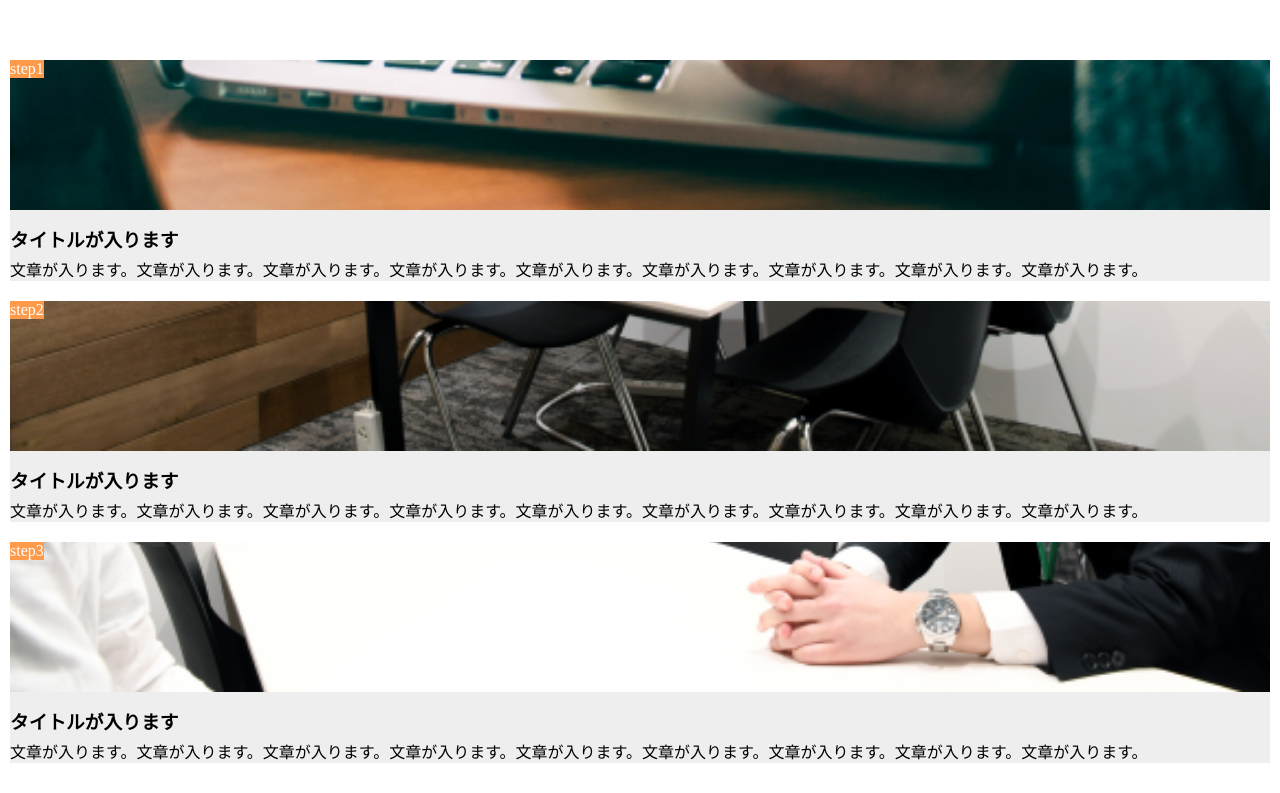
Repository: tttstk518/git-practice
Page: test/chapter9_answer/index.html
The author's editor kept a record of every edit. The page is drawn from the files as they stood at one moment, then again after the next edit.
The browser window is 1280 px wide. The pictures show the whole page.

Above is the page before.

### test/chapter9_answer/index.html
<!DOCTYPE html>
<html lang="ja">
  <head>
    <meta charset="UTF-8" />
    <title>9章演習</title>

    <!-- ビューポートの設定　-->
    <meta name="viewport" content="width=device-width,initial-scale=1">
    <!--　スタイルシートの読み込み　-->
    <link rel="stylesheet" href="style.css" />
  </head>

  <body>

    <div class="header"></div>

    <main>

      <div class="step-box">
        <div class="step-img1"></div>
        <span class="step-num">step1</span>
        <h3 class="title">タイトルが入ります</h3>
        <p class="text">
          文章が入ります。文章が入ります。文章が入ります。文章が入ります。文章が入ります。文章が入ります。文章が入ります。文章が入ります。文章が入ります。
        </p>
        </div>
      </div>


      <div class="step-box">
        <div class="step-img2"></div>
        <span class="step-num">step2</span>
        <h3 class="title">タイトルが入ります</h3>
        <p class="text">
          文章が入ります。文章が入ります。文章が入ります。文章が入ります。文章が入ります。文章が入ります。文章が入ります。文章が入ります。文章が入ります。
        </p>
      </div>

      <div class="step-box">
        <div class="step-img3"></div>
        <span class="step-num">step3</span>
        <h3 class="title">タイトルが入ります</h3>
        <p class="text">
          文章が入ります。文章が入ります。文章が入ります。文章が入ります。文章が入ります。文章が入ります。文章が入ります。文章が入ります。文章が入ります。
        </p>
      </div>
    </main>

    <div class="footer"></div>
  </body>
</html>

### test/chapter9_answer/style.css
* {
  box-sizing: border-box;
  margin: 0;
  padding: 0;
}

header {
  height: 50px;
  padding: 0;
  background-color: #ff9a4b;
}

main {
  width: 100%;
  margin-top: 50px;
  padding: 10px;
  display: flex;
  flex-direction:column;
}

.step-box {
  width: 100%;
  margin-bottom: 20px;
  position: relative;
  background-color: #eee;
}

.step-box:last-child {
  margin-bottom: 20px;
}

.step-img1 {
  height: 150px;
  background-image: url(img/flow01.png);
  background-position: bottom;
  background-size: cover;
}

.step-img2 {
  height: 150px;
  background-image: url(img/flow02.png);
  background-position: bottom;
  background-size: cover;
}

.step-img3 {
  height: 150px;
  background-image: url(img/flow03.png);
  background-position: bottom;
  background-size: cover;
}

.step-num {
  position: absolute;
  top: 0;
  left: 0;
  background-color: #ff9a4b;
  color: #fff;
}

.title {
  margin: 15px 0 5px;
}

footer {
  height: 50px;
  margin-top: 50px;
  background-color: #aaa;
}

@media screen and (max-width: 768px) {

  header {
    width: 100%;
  }

  main {
    width: 100%;
  }

  footer {
    width: 100%;
  }
}

After the next edit:
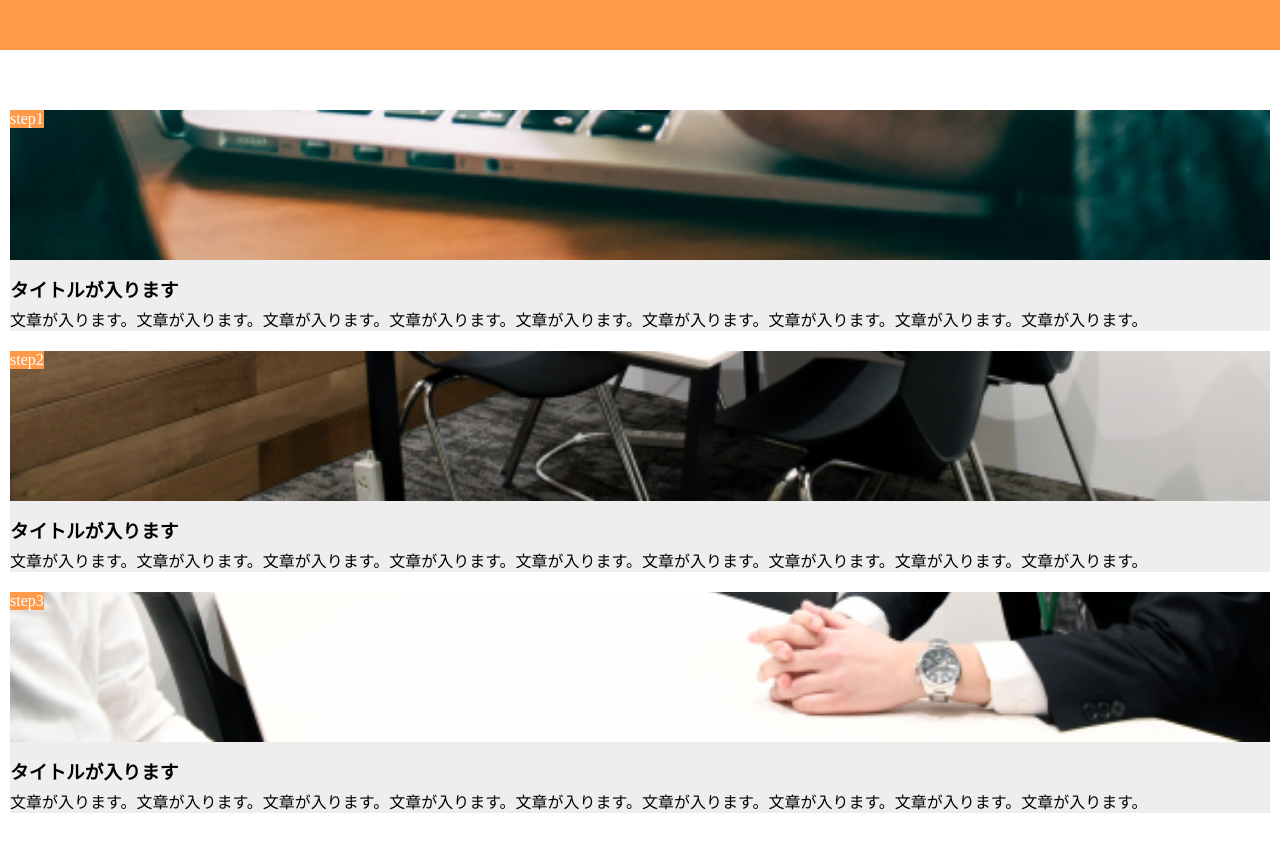
The edit:
--- a/test/chapter9_answer/index.html
+++ b/test/chapter9_answer/index.html
@@ -12,7 +12,7 @@
 
   <body>
 
-    <div class="header"></div>
+    <header></header>
 
     <main>
 
